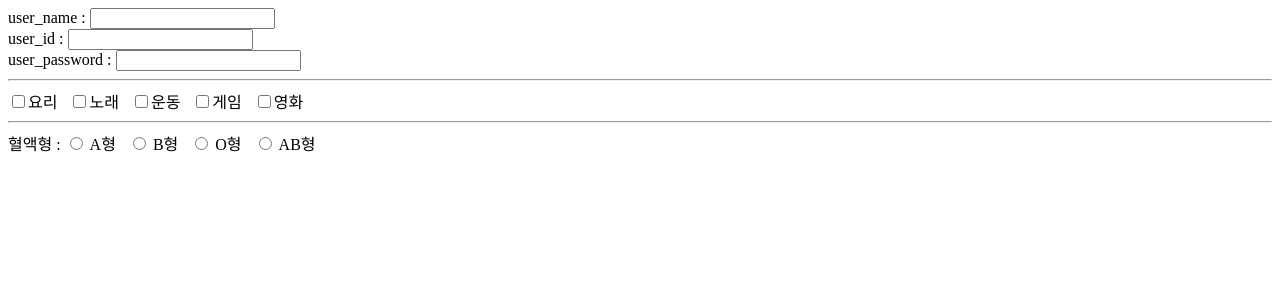
Repository: HeeMang28/jsp
Page: http://localhost/JSPBasic/jspobject/request/study_req_user_form.jsp
The author's editor kept a copy of each file at every save. The page is drawn from the files as they stood at one save, then again after the next save.
The browser window is 1280 px wide. The pictures show the whole page.
The page is served by Tomcat 9. Other server files are loaded and not shown.

Above is the page before, as saved 2022-03-25 13:36:48.

### JSPBasic/src/main/webapp/jspobject/request/study_req_user_form.jsp
<%@ page language="java" contentType="text/html; charset=UTF-8"
    pageEncoding="UTF-8"%>
<!DOCTYPE html>
<html>
<head>
<meta charset="UTF-8">
<title>Insert title here</title>
</head>
<body>
 	<form action="http://localhost:8181/JSPBasic/jspobject/request/req_user.jsp" method="post"/>
 	user_name : <input type="text" name="uname" /><br/>
 	user_id : <input type="text" name="uid" /><br/>
 	user_password : <input type="password" name="upw" /><br/>
 	<hr/>
 	 <input type="checkbox" name="hobby" value="요리">요리 &nbsp;
 	<input type="checkbox" name="hobby" value="노래">노래 &nbsp;
 	<input type="checkbox" name="hobby" value="운동">운동 &nbsp;
 	<input type="checkbox" name="hobby" value="게임">게임 &nbsp;
 	<input type="checkbox" name="hobby" value="영화">영화 &nbsp;
 	<hr/>
 	혈액형 :
 	<input type="radio" name="blood" value="A"> A형 &nbsp;
 	<input type="radio" name="blood" value="B"> B형 &nbsp;
 	<input type="radio" name="blood" value="O"> O형 &nbsp;
 	<input type="radio" name="blood" value="AB"> AB형 &nbsp;
 	</form>
</body>
</html>

After the next save:
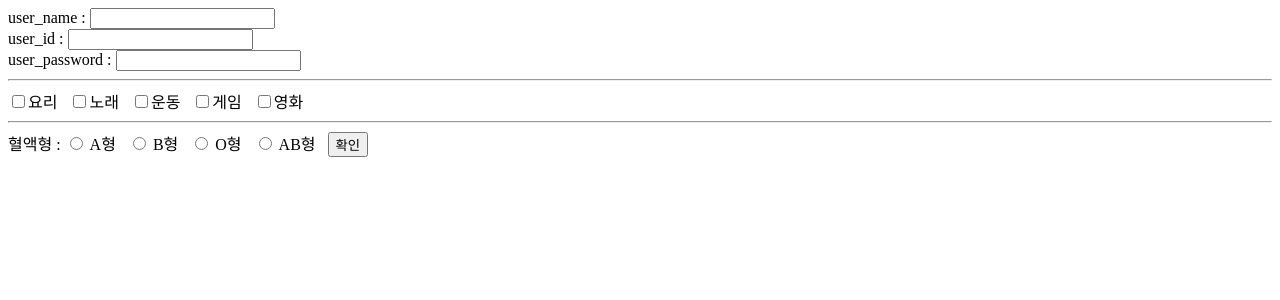
Saved 52 s later.
--- a/JSPBasic/src/main/webapp/jspobject/request/study_req_user_form.jsp
+++ b/JSPBasic/src/main/webapp/jspobject/request/study_req_user_form.jsp
@@ -23,6 +23,7 @@
  	<input type="radio" name="blood" value="B"> B형 &nbsp;
  	<input type="radio" name="blood" value="O"> O형 &nbsp;
  	<input type="radio" name="blood" value="AB"> AB형 &nbsp;
+ 	<input type="submit" value="확인">
  	</form>
 </body>
 </html>
